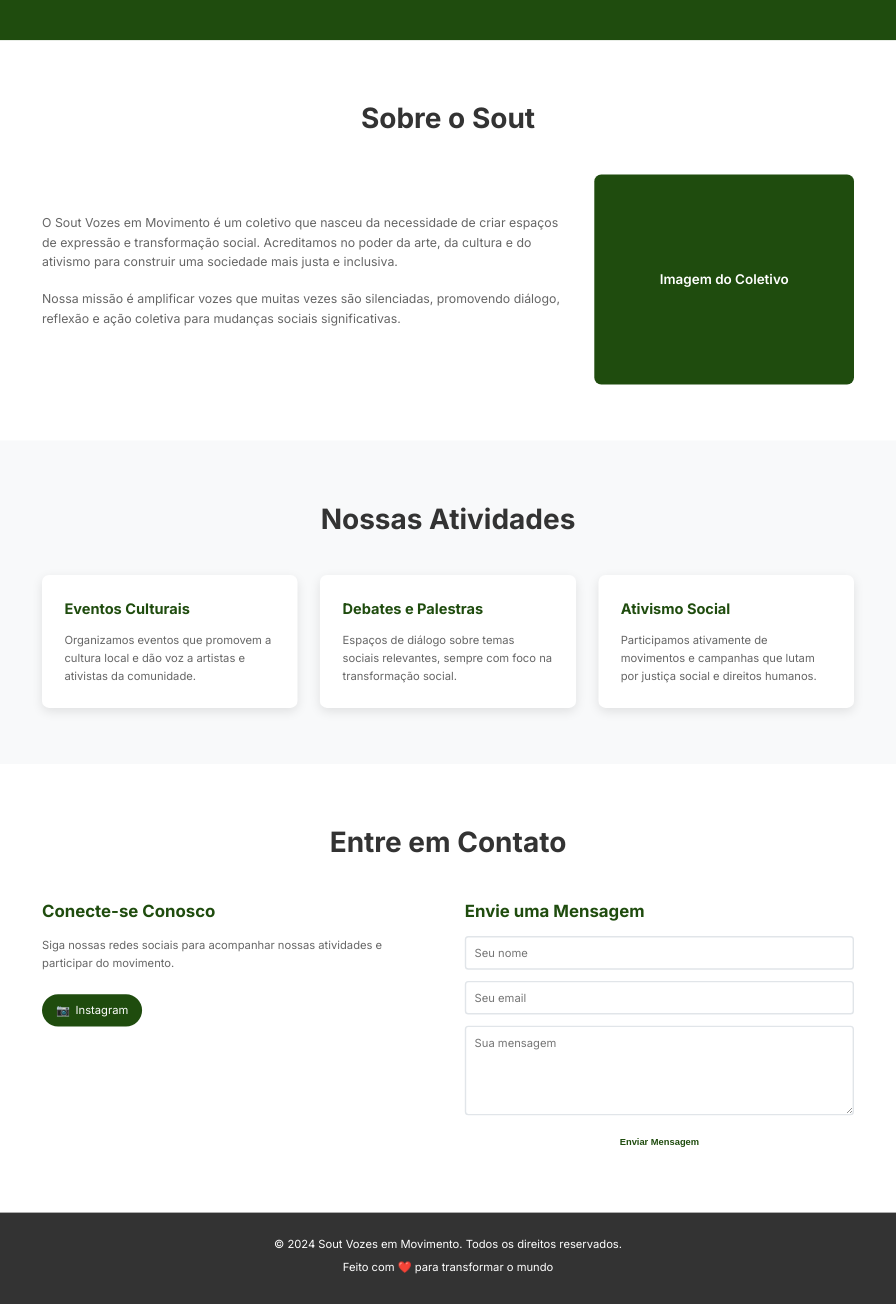
Repository: farukzahra/sout
Page: index.html
An editor plug-in stored every save of this project. The page is shown before and after the next save, followed by the edit.
The browser window is 1280 px wide. The pictures show the part of the page from y = 735 to 2655 px (the page is 2599 px tall before and 2701 px after), at 70% of full size.
Some web fonts or font styles are not loaded; a fallback is used.

Above is the page before, as saved 2025-10-02 18:45:34.

After the next save:
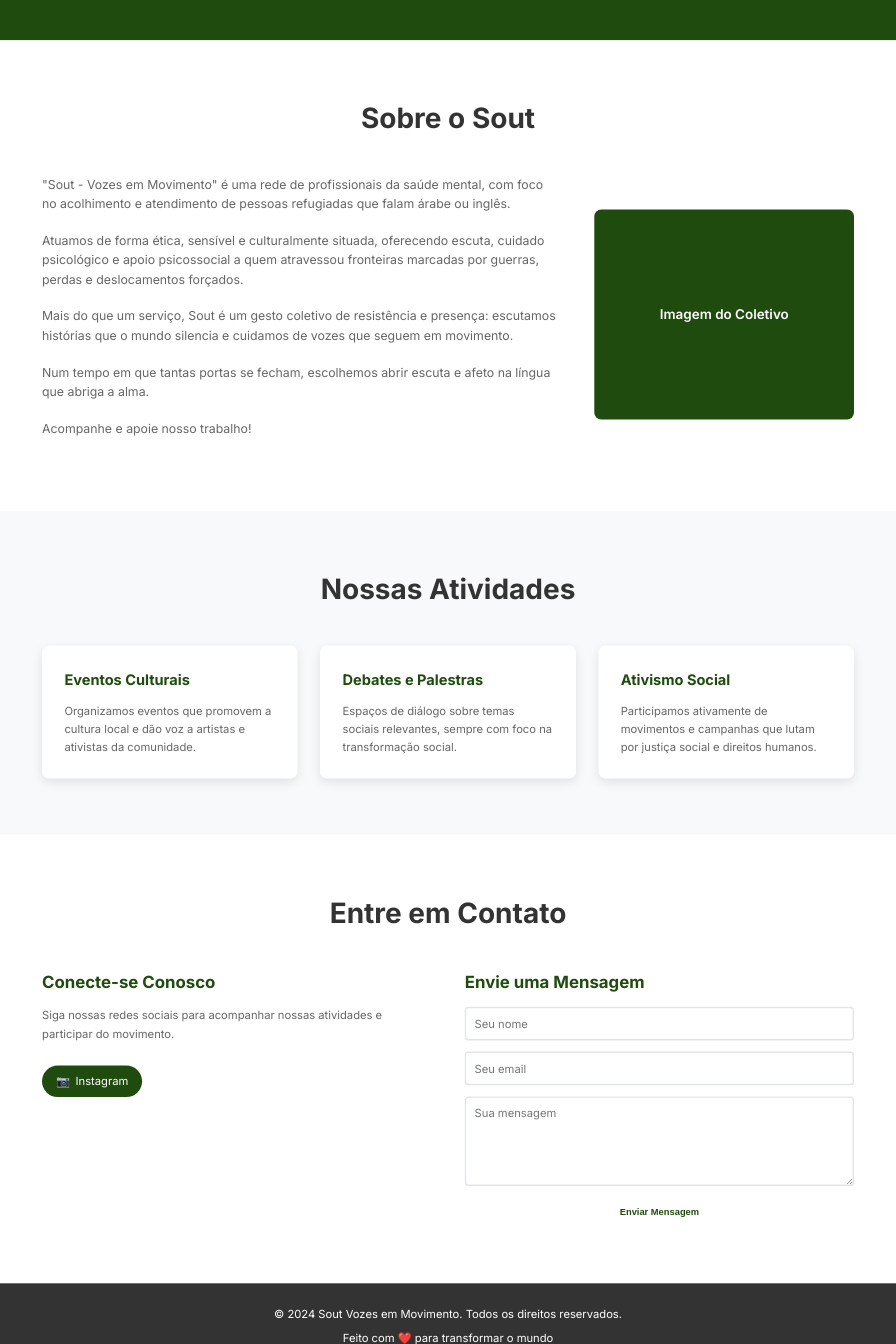
Saved 2 min 51 s later.
--- a/index.html
+++ b/index.html
@@ -43,8 +43,11 @@
                 <h2>Sobre o Sout</h2>
                 <div class="about-content">
                     <div class="about-text">
-                        <p>O Sout Vozes em Movimento é um coletivo que nasceu da necessidade de criar espaços de expressão e transformação social. Acreditamos no poder da arte, da cultura e do ativismo para construir uma sociedade mais justa e inclusiva.</p>
-                        <p>Nossa missão é amplificar vozes que muitas vezes são silenciadas, promovendo diálogo, reflexão e ação coletiva para mudanças sociais significativas.</p>
+                        <p>"Sout - Vozes em Movimento" é uma rede de profissionais da saúde mental, com foco no acolhimento e atendimento de pessoas refugiadas que falam árabe ou inglês.</p>
+                        <p>Atuamos de forma ética, sensível e culturalmente situada, oferecendo escuta, cuidado psicológico e apoio psicossocial a quem atravessou fronteiras marcadas por guerras, perdas e deslocamentos forçados.</p>
+                        <p>Mais do que um serviço, Sout é um gesto coletivo de resistência e presença: escutamos histórias que o mundo silencia e cuidamos de vozes que seguem em movimento.</p>
+                        <p>Num tempo em que tantas portas se fecham, escolhemos abrir escuta e afeto na língua que abriga a alma.</p>
+                        <p>Acompanhe e apoie nosso trabalho!</p>
                     </div>
                     <div class="about-image">
                         <div class="placeholder-image">
